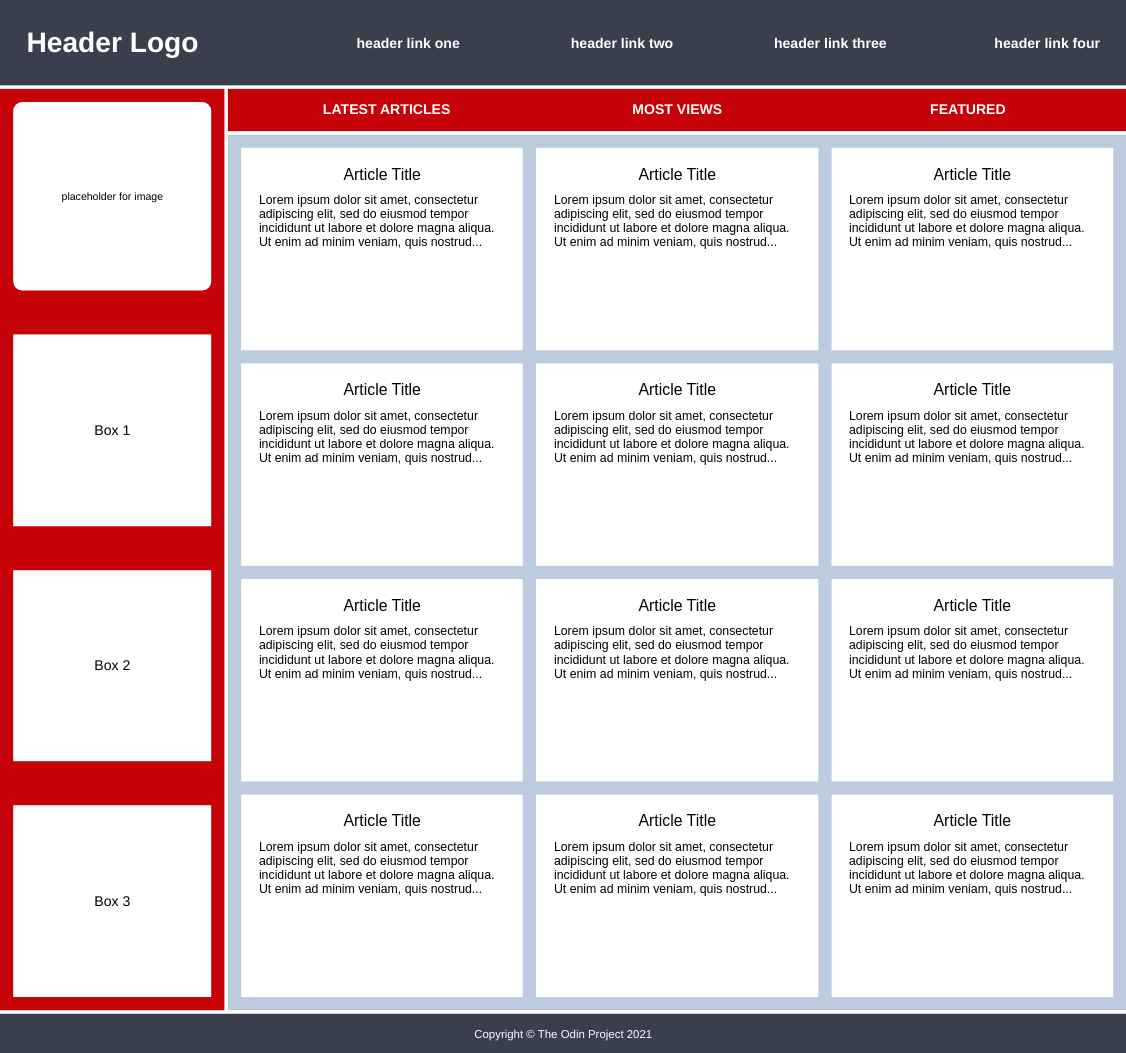
Repository: gkintu/css-exercises
Page: intermediate-html-css/advanced-grid/02-holy-grail-mockup/index.html
An editor plug-in stored every save of this project. The page is shown before and after the next save, followed by the edit.
The browser window is 1280 px wide. The pictures show the whole page, at 88% of full size.

Above is the page before, as saved 2025-03-04 11:37:57.

After the next save:
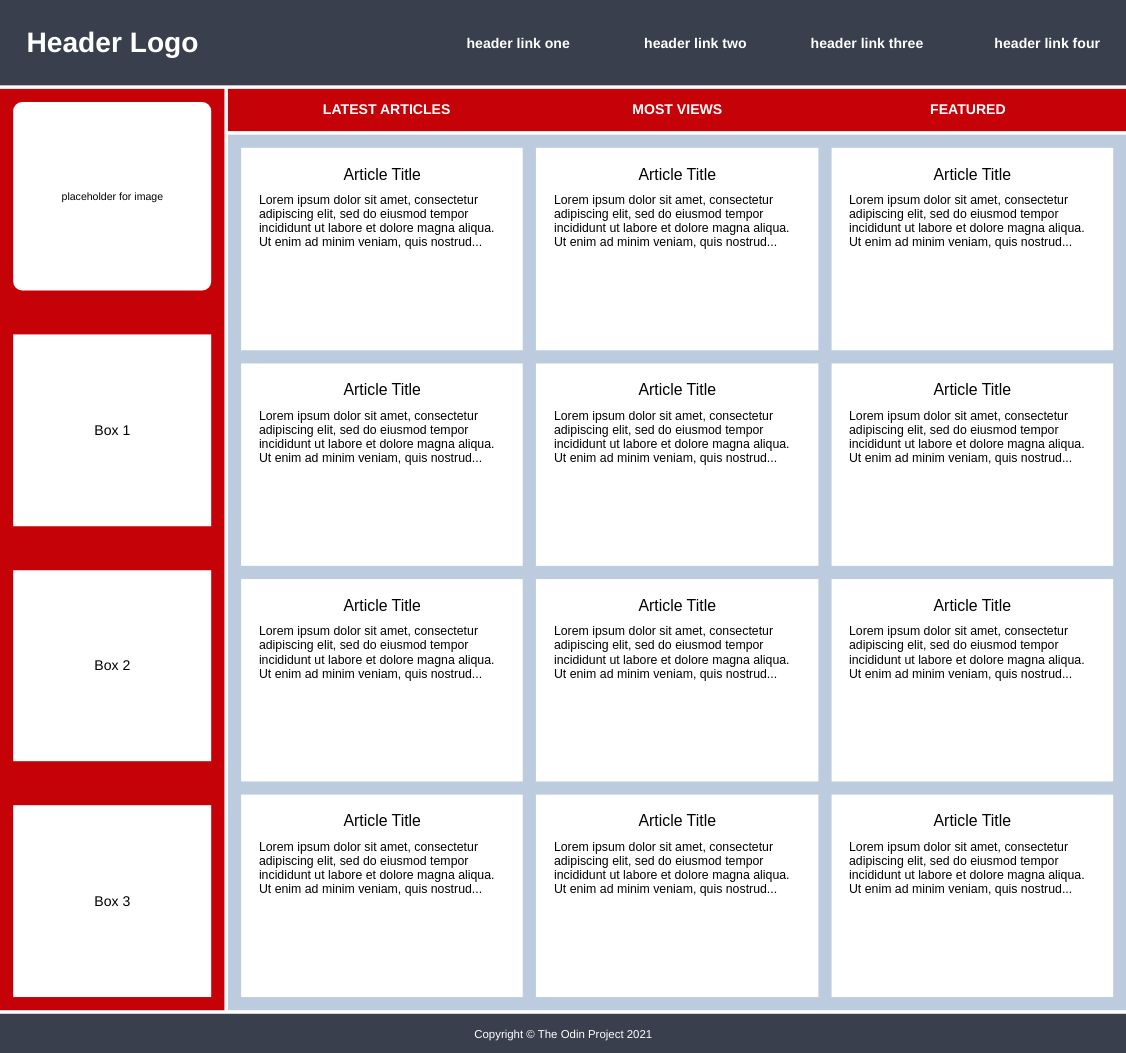
Saved 89 s later.
--- a/intermediate-html-css/advanced-grid/02-holy-grail-mockup/style.css
+++ b/intermediate-html-css/advanced-grid/02-holy-grail-mockup/style.css
@@ -23,7 +23,7 @@
   background-color: #393f4d;
   display: grid;
   grid-column: 1 / 3;
-  grid-template-columns: 1fr 4fr;
+  grid-template-columns: 2fr 4fr;
   align-items: center;
 
 }
